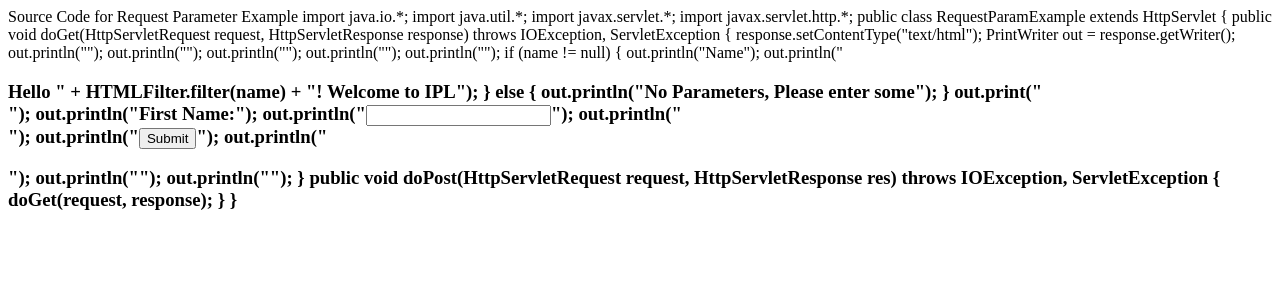
Repository: umng/Learn-to-Program
Page: Java/CTS_SFDC/workspace/Validate Player details/WebContent/index.html
An editor plug-in stored every save of this project. The page is shown before and after the next save, followed by the edit.
The browser window is 1280 px wide. The pictures show the whole page.

Above is the page before, as saved 2017-02-23 08:14:26.

### Java/CTS_SFDC/workspace/Validate Player details/WebContent/index.html

Source Code for Request Parameter Example

 import java.io.*;
import java.util.*;
import javax.servlet.*;
import javax.servlet.http.*;

public class RequestParamExample extends HttpServlet {

    public void doGet(HttpServletRequest request, HttpServletResponse response)
    throws IOException, ServletException
    {
        response.setContentType("text/html");
        PrintWriter out = response.getWriter();
        out.println("<html>");
        out.println("<head>");
        out.println("<title>Welcome Servlet</title>");
        out.println("</head>");
        out.println("<body>");
        if (name != null) {
            out.println("Name");
            out.println("<h3>Hello " + HTMLFilter.filter(name) + "! Welcome to IPL");
        } else {
            out.println("No Parameters, Please enter some");
        }
        out.print("<form action=\"");
        out.print("RequestParamExample\" ");
        out.println("method=POST>");
        out.println("First Name:");
        out.println("<input type=text name=name>");
        out.println("<br>");
        out.println("<input type=submit id=submit>");
        out.println("</form>");
        out.println("</body>");
        out.println("</html>");
    }

    public void doPost(HttpServletRequest request, HttpServletResponse res)
    throws IOException, ServletException
    {
        doGet(request, response);
    }
}

After the next save:
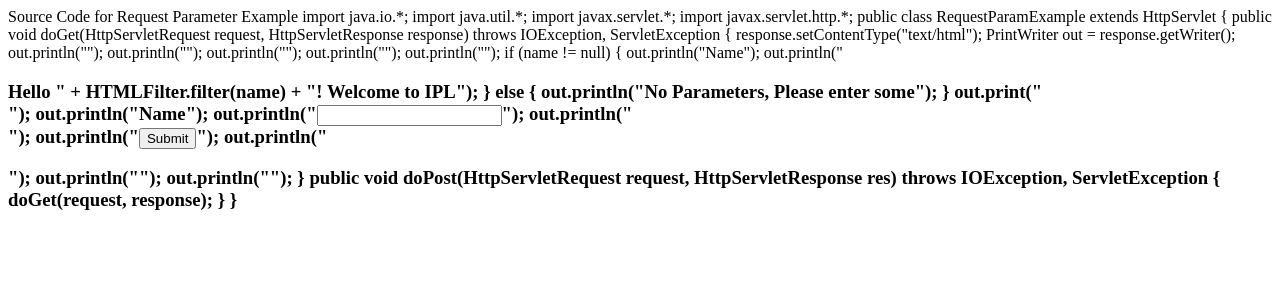
Saved 12 s later.
--- a/Java/CTS_SFDC/workspace/Validate Player details/WebContent/index.html
+++ b/Java/CTS_SFDC/workspace/Validate Player details/WebContent/index.html
@@ -27,7 +27,7 @@
         out.print("<form action=\"");
         out.print("RequestParamExample\" ");
         out.println("method=POST>");
-        out.println("First Name:");
+        out.println("Name");
         out.println("<input type=text name=name>");
         out.println("<br>");
         out.println("<input type=submit id=submit>");
